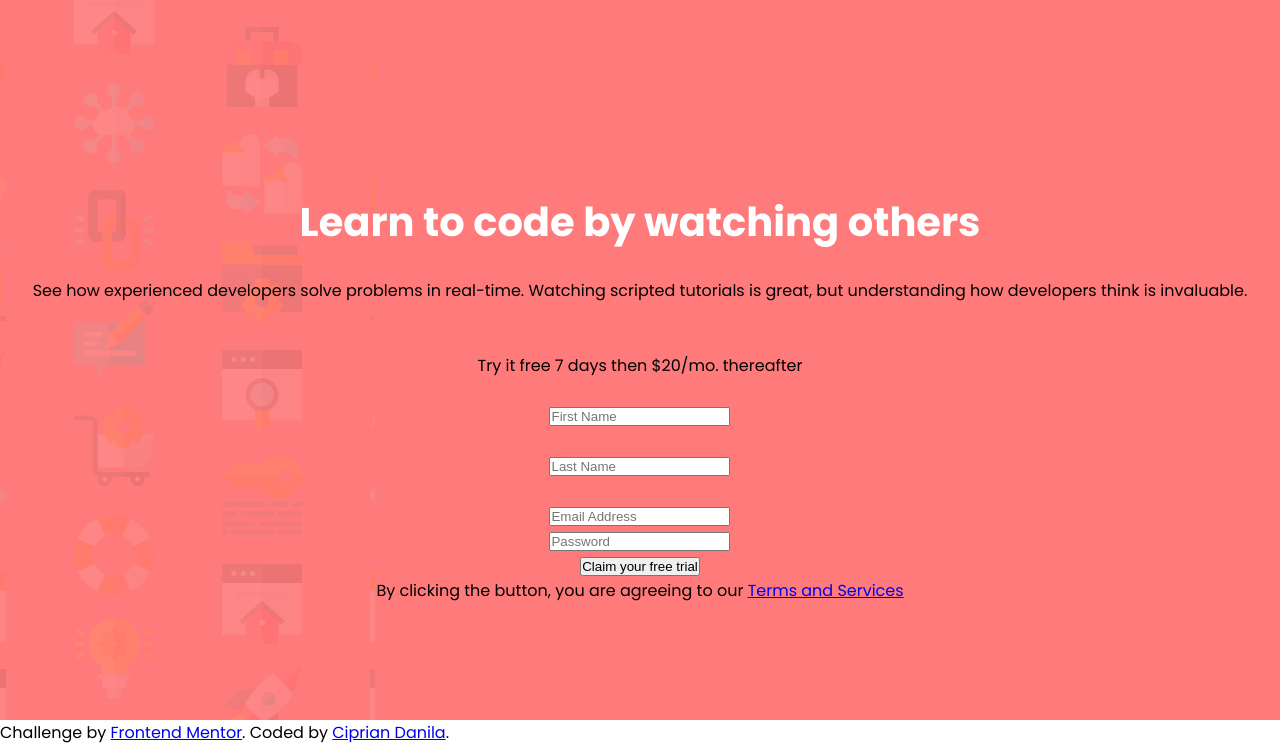
Repository: cipdanila/intro-component-with-sign-up-form
Page: index.html
The author's editor kept a copy of each file at every save. The page is drawn from the files as they stood at one save, then again after the next save.
The browser window is 1280 px wide. The pictures show the whole page.

Above is the page before, as saved 2024-02-14 20:22:06.

### index.html
<!DOCTYPE html>
<html lang="en">
    <head>
        <meta charset="UTF-8" />
        <meta name="viewport" content="width=device-width, initial-scale=1.0" />
        <!-- displays site properly based on user's device -->

        <link rel="icon" type="image/png" sizes="32x32" href="./images/favicon-32x32.png" />
        <link rel="stylesheet" href="css/styles.css" />
        <title>Frontend Mentor | Intro component with sign up form</title>
    </head>
    <body>
        <main>
            <div class="container">
                <section class="intro-container">
                    <h1>Learn to code by watching others</h1>
                    <p class="intro">
                        See how experienced developers solve problems in real-time. Watching scripted tutorials is great, but
                        understanding how developers think is invaluable.
                    </p>
                </section>
                <section class="form-container">
                    <div class="top-box">
                        <p><span>Try it free 7 days</span> then $20/mo. thereafter</p>
                    </div>
                    <div class="form">
                        <form action="">
                            <div class="field-group">
                                <label for="fname"> </label><br />
                                <input type="text" name="fname" id="fname" class="input-field" placeholder="First Name" required />
                                <img src="./images/icon-error.svg" class="error-icon" alt="error-img">
                                <p class="error-message" id="fname-error">First Name cannot be empty</p>
                            </div>
                            <div class="field-group">
                                <label for="lname"> </label><br />
                                <input type="text" name="lname" id="lname" placeholder="Last Name" required />
                                <img src="./images/icon-error.svg" class="error-icon" alt="error-img">
                                <p class="error-message" id="lname-error">Last Name cannot be empty</p>
                            </div>
                            <div class="field-group">
                                <label for="email"> </label><br />
                                <input type="email" name="email" id="email" placeholder="Email Address" required />
                                <img src="./images/icon-error.svg" class="error-icon" alt="error-img">
                                <p class="error-message" id="email-error">Looks like this is not an email</p>
                            </div>
                            <div class="field-group">
                                <label for="password"></label>
                                <input type="password" name="password" id="password" placeholder="Password" required />
                                <p class="error-message" id="password-error">Password cannot be empty</p>
                            </div>
                            <button type="submit" id="login-button">Claim your free trial</button>
                            <p class="form-footer">By clicking the button, you are agreeing to our <a class="terms" href="#">Terms and Services</a></p>
                        </form>
                    </div>
                </section>
            </div>
        </main>

        <footer>
            <div class="attribution">
                Challenge by
                <a
                    href="https://www.frontendmentor.io/challenges/intro-component-with-signup-form-5cf91bd49edda32581d28fd1/hub"
                    target="_blank"
                    rel="noopener noreferer"
                    >Frontend Mentor</a
                >. Coded by <a href="https://github.com/cipdanila" target="_blank" rel="noopener noreferer">Ciprian Danila</a>.
            </div>
        </footer>
    </body>
</html>

### css/styles.css
@import url("https://fonts.googleapis.com/css2?family=Poppins:wght@400;500;600;700&display=swap");

:root {
    /* Colors */
    /* Primary */
    --red: hsl(0, 100%, 74%);
    --green: hsl(154, 59%, 51%);
    /* Accent */
    --blue: hsl(248, 32%, 49%);
    /* Neutral */
    --dark-blue: hsl(249, 10%, 26%);
    --grayish-blue: hsl(246, 25%, 77%);
    --white: #fff;
    /* Other variables */
    --font-size-base: 1rem; /* 16px */
    --font-weight-base: 400;
}

*,
*::after,
*::before {
    margin: 0;
    padding: 0;
    box-sizing: border-box;
}

body,
html {
    font-family: "Poppins", sans-serif;
    font-size: var(--font-size-base);
    font-weight: var(--font-weight-base);
}

.error-message, .error-icon {
    display: none;
    color: var(--red);
    font-size: 12px;
    margin-top: 5px;
}

main {
    min-height: 100vh;
    width: 100%;
    display: flex;
    align-items: center;
    justify-content: center;
    background: var(--red) url(/images/bg-intro-mobile.png) no-repeat;
    padding: 100px 0;
}

.container {
    display: flex;
    align-items: center;
    justify-content: center;
    flex-direction: column;
    text-align: center;
    padding: 0 30px;
    max-width: 1300px;
    margin: 0 auto;
}

.intro-container {
    flex: 1;
    margin-bottom: 50px;
}

.form-container {
    flex: 1;
}

.intro-container h1 {
    font-size: 2.5rem;
    line-height: 3rem;
    font-weight: 700;
    color: #fff;
    padding: 1rem;
    margin-bottom: 1rem;
    margin-top: 4rem;
    text-align: center;
}
/*

.intro {
    color: var(--white);
    padding: 1rem;
    font-weight: 700;
    margin-bottom: 4rem;
    text-align: center;
}

.price-title {
    font-size: 1rem;
    font-weight: 400;
    background-color: var(--blue);
    color: var(--white);
    box-shadow: rgba(0, 0, 0, 0.1) 0px 0.5rem;
    display: flex;
    align-items: center;
    justify-content: center;
    padding: 0.928rem 20%;
    border-radius: 0.625rem;
    margin-bottom: 2rem;
}


.price-title > span {
    font-weight: 700;
    margin-right: 0.25rem;
}

.register-form {
    background-color: var(--white);
    padding: 1.25rem;
    border-radius: 0.5rem;
    box-shadow: rgba(0, 0, 0, 0.1) 0px 0.5rem;
    display: flex;
    flex-direction: column;
    align-items: center;
    justify-content: center;
}

.register-form div {
    display: flex;
    flex-direction: column;
    justify-content: center;
    align-items: center;
}

.register-form input {
    width: calc(100% - 1.125rem);
    padding: 1rem;
    margin-bottom: 1.200rem;
    border-radius: 0.313rem;
    border: 1px solid var(--grayish-blue);
    color: var(--dark-blue);
    font-size: 1rem;
    font-weight: 700;
    text-indent: 0.75rem;
}

.register-form button {
    background-color: var(--green);
    color: var(--white);
    cursor: pointer;
    padding: 1rem;
    margin-bottom: 1.200rem;
    border-radius: 0.313rem;
    border: none;
    font-size: 1rem;
    font-weight: 500;
    letter-spacing: 1px;
    text-transform: uppercase;
}

.register-form p {
    color: var(--grayish-blue);
    font-size: 0.7rem;
    font-weight: 700;
    letter-spacing: -0.016rem;
    text-align: center;
    padding: 0.5rem 2.5rem;
}

a.terms {
    color: var(--red);
    font-weight: 700;
}

footer {
    margin-top: 20px;
}

.attribution {
    font-size: 11px;
    text-align: center;
}

.attribution a {
    color: hsl(228, 45%, 44%);
}


section {
    max-width: 100%;
    width: 50%;
    display: flex;
    flex-direction: column;
    align-items: center;
    justify-content: center;
    padding: 2rem;
}


input {
    border-style: none;
    outline: none;
}

input:focus {
    border: 1px solid var(--blue);
}

.input-field {
    border: 1px solid var(--dark-blue);
}

.input-field.input-error {
    border-color: var(--red);
}

.input-field.input-error::after {
    content: "";
    position: absolute;
    top: 50%;
    right: 10px;
    transform: translateY(-50%);
    width: 10px;
    height: 10px;
    background-image: url(./images/icon-error.svg);
    background-size: contain;
    background-color: var(--red);
    border-radius: 50%;
}
.error-message.show {
    display: block;
}

button:hover {
    background-color: hsl(154, 59%, 68%);
    cursor: pointer;
} */


/* @media (max-width: 650px) {
    main {
        height: auto;
    }
    .container {
        width: 100%;
        flex-direction: column;
        padding: 1rem;
    }
    section {
        width: 100%;
        padding: 1rem;
    }

    .learn {
        font-size: 1.6rem;
        line-height: normal;
        margin: 3rem;
        padding: 1rem;
    }
} */
/*
@media screen and (max-width: 768px) {
    .container {
        flex-direction: column;
        text-align: center;
        padding: 3rem;
    }

    section {
        width: 100%;
    }

    .container-form {
        margin-bottom: 5rem;
        margin-right: 0;
    }
} */

After the next save:
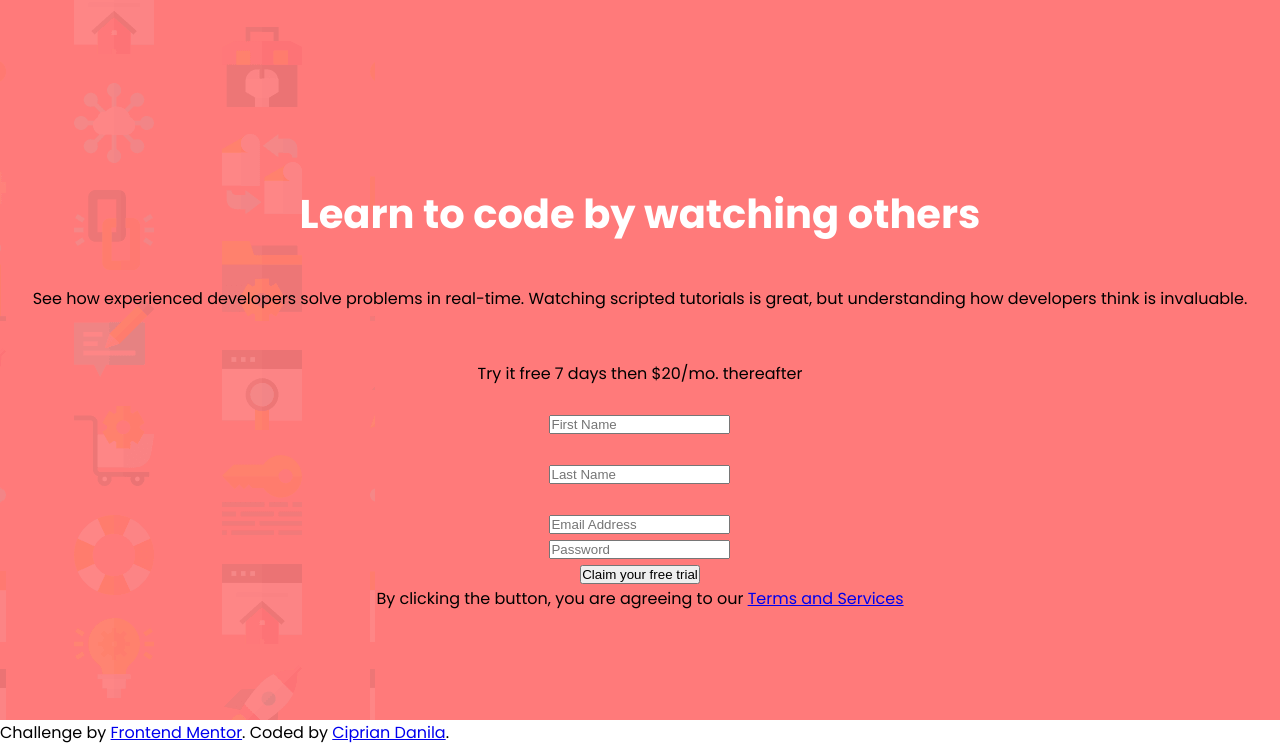
Saved 8 s later.
--- a/css/styles.css
+++ b/css/styles.css
@@ -74,7 +74,7 @@
     font-weight: 700;
     color: #fff;
     padding: 1rem;
-    margin-bottom: 1rem;
+    margin-bottom: 2rem;
     margin-top: 4rem;
     text-align: center;
 }
